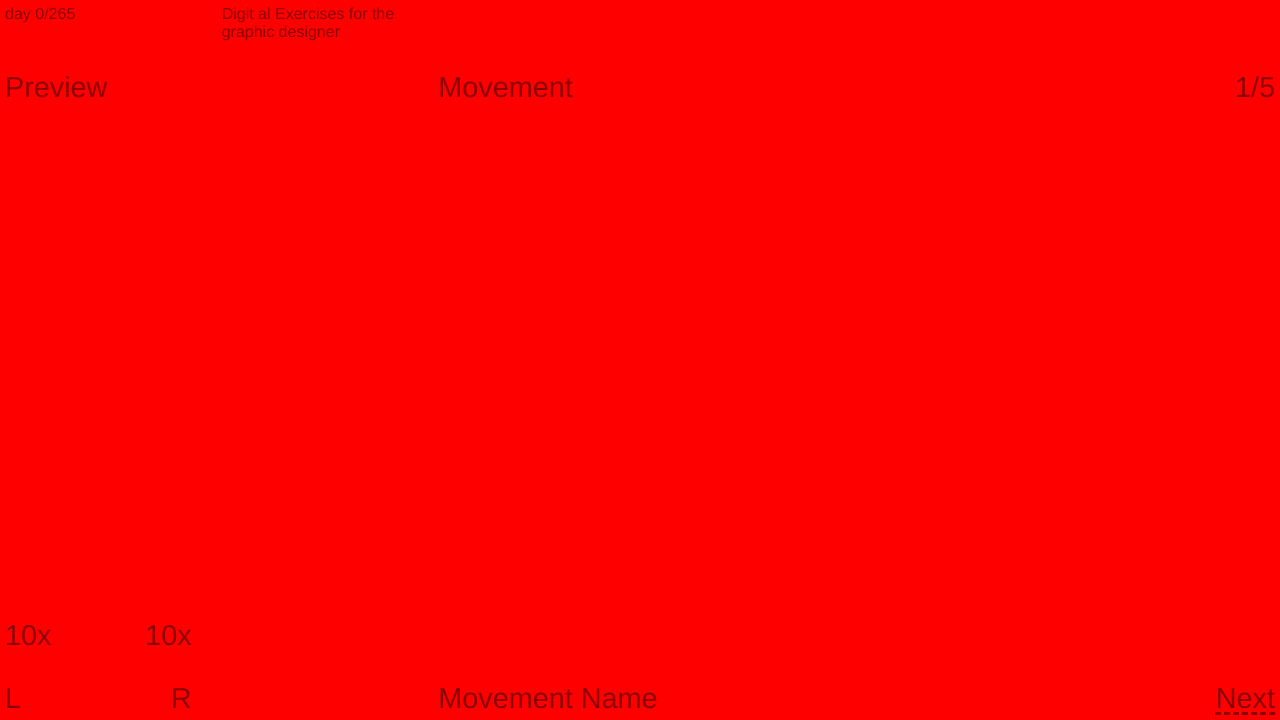
Repository: NoIdeasStudio/holiday-card-2024
Page: digit-al-exercises.html
These files come from the project's save history. The page is drawn as it stood at one moment and after the next save; the edit follows.
The browser window is 1280 px wide. The pictures show the whole page.

Above is the page before, as saved 2024-12-04 13:08:28.

### digit-al-exercises.html
<!DOCTYPE html>
<html lang="en">
<head>
    <meta charset="UTF-8">
    <meta name="viewport" content="width=device-width, initial-scale=1.0">
    <title>digit-al exercises</title>
    <link rel="stylesheet" href="style.css">
</head>
<body>

    <div class="wrapper">
        <header class="small-text header-1">day 0/265</header>
        <header class="small-text header-2">Digit al Exercises for the graphic designer</header>

        <content class="large-text content-header-1">Preview</content>
        <content class="large-text content-header-2">Movement</content>
        <content class="large-text content-header-3"><a href="http://"></a>1/5</content>

        <footer class="large-text content-footer-1">10x 10x</footer>
        <footer class="large-text content-footer-2">L R</footer>
        <footer class="large-text content-footer-3">Movement Name</footer>
        <footer class="large-text content-footer-4"><a href="http://">Next</a></footer>

      </div>

</body>
</html>

### style.css
* {
    box-sizing: border-box;
    background-color: #FF0000;
    color: #8D0000;
    margin: 0%;
    padding: 0%;
  }

  .wrapper {
    height: 100vh;
    width: 100vw;
    position: fixed;
    margin: 0 auto;
    display: grid;
    grid-template-columns: repeat(6, [col-start] 4fr);
    grid-template-rows: repeat(12, [row-start] 4fr);
    gap: 20px;

  }

  .wrapper > * {
    padding: 5px;
  }

  .large-text{
    font: 1.8em Helvetica, arial, sans-serif;
  }
  .small-text{
    font: 1em Helvetica, arial, sans-serif;
  }
  a{
    text-decoration: underline dashed ;
    text-underline-offset: .15em;
  }
  .header-1{
    grid-column: col-start 1 / span 1;
    grid-row: 1 / 1;
  }
  .header-2{
    grid-column: col-start 2 / span 1;
    grid-row: 1 / 1;
  }
  .content-header-1{
    grid-column: col-start 1 / span 1;
    grid-row: 2 ;
  }
  .content-header-2{
    grid-column: col-start 3 / span 2;
    grid-row: 2 ;
  }
  .content-header-3{
    grid-column: col-start 5 / span 2;
    grid-row: 2 ;
    text-align: right;
  }

  .content-footer-1{
    grid-column: col-start 1 / span 1;
    grid-row: 11 ;
    text-align-last: justify;
  }
  .content-footer-2{
    grid-column: col-start 1 / span 1;
    grid-row: 12 ;
    text-align-last: justify;
  }
  .content-footer-3{
    grid-column: col-start 3 / span 2;
    grid-row: 12 ;
  }
  .content-footer-4{
    grid-column: col-start 5 / span 2;
    grid-row: 12 ;
    text-align: right;
  }



  @media (max-width: 700px) {
    .wrapper {
        height: 100vh;
        width: 100vw;
        position: fixed;
        margin: 0 auto;
        display: grid;
        grid-template-columns: repeat(3, [col-start] 4fr);
        grid-template-rows: repeat(6, [row-start] 4fr);
        gap: 20px;
        padding-left: .5rem;
        padding-right: 1.5rem;
        padding-bottom: .5rem;
  }
}
  @media (min-width: 2000px) {
    .wrapper {
        height: 100vh;
        width: 100vw;
        position: fixed;
        margin: 0 auto;
        display: grid;
        grid-template-columns: repeat(6, [col-start] 4fr);
        grid-template-rows: repeat(12, [row-start] 4fr);
        gap: 20px;
        padding-left: .5rem;
        padding-right: 1.5rem;
        padding-bottom: .5rem;
    }

        .large-text{
            font: 3em Helvetica, arial, sans-serif;
          }
        .small-text{
            font: 1.7em Helvetica, arial, sans-serif;
          }


}

  /* @media (min-width: 700px) {
    .wrapper {
      grid-template-columns: 1fr 4fr 1fr;
      grid-template-areas:
        "header header  header"
        "nav    content sidebar"
        "nav    content ad"
        "footer footer  footer";
    }
    nav ul {
      flex-direction: column;
    }
  } */

After the next save:
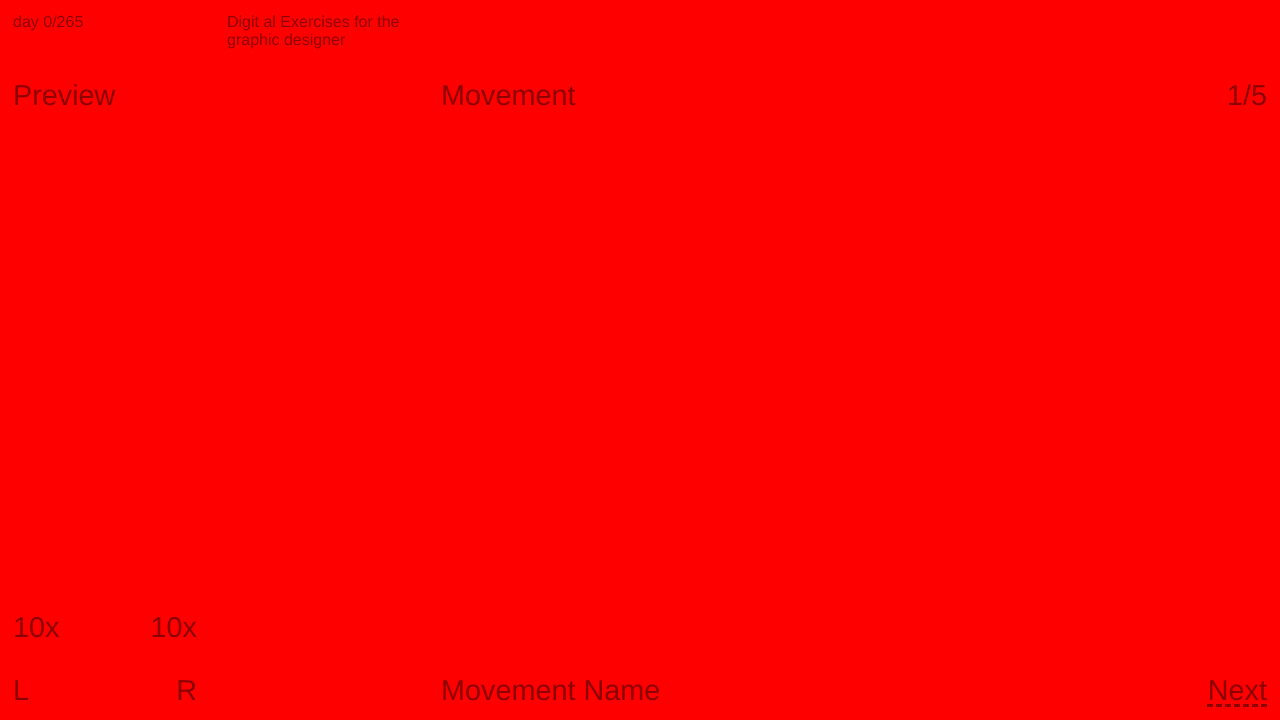
Saved 6 s later.
--- a/style.css
+++ b/style.css
@@ -15,6 +15,7 @@
     grid-template-columns: repeat(6, [col-start] 4fr);
     grid-template-rows: repeat(12, [row-start] 4fr);
     gap: 20px;
+    padding: .5em;
 
   }
 
